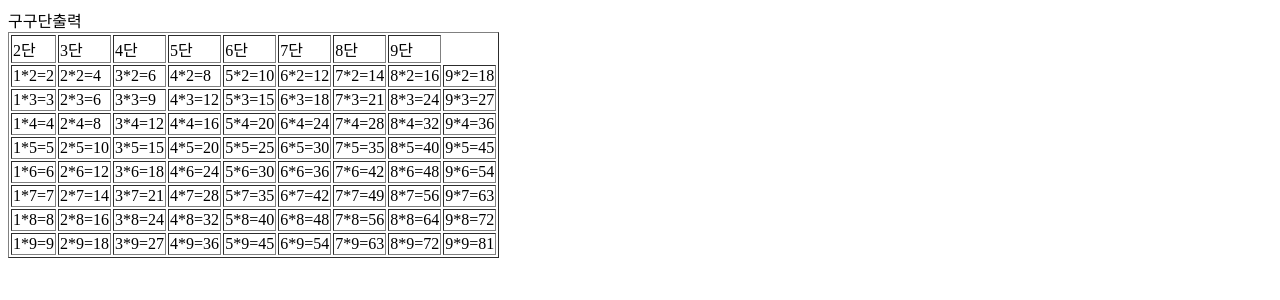
Repository: ment0715/20201113
Page: http://localhost/chap02/ex0501.jsp
These files come from the project's save history. The page is drawn as it stood at one moment and after the next save; the edit follows.
The browser window is 1280 px wide. The pictures show the whole page.
The page is served by Tomcat 9.

Above is the page before, as saved 2020-11-09 02:30:29.

After the next save:
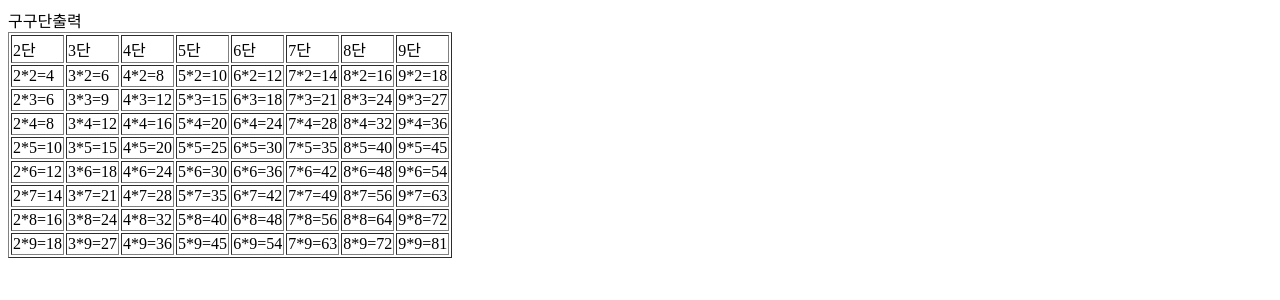
Saved 2 min 22 s later.
--- a/chap02/WebContent/ex0501.jsp
+++ b/chap02/WebContent/ex0501.jsp
@@ -16,7 +16,7 @@
 <%
 	for(int j = 2; j <10; j++) {
 		out.println("<tr>");
-		for(int i = 1; i < 10; i++) {
+		for(int i = 2; i < 10; i++) {
 			out.println("<td>"+i+"*"+j+"="+(j*i)+"</td>");
 		}
 		out.println("</tr>");
